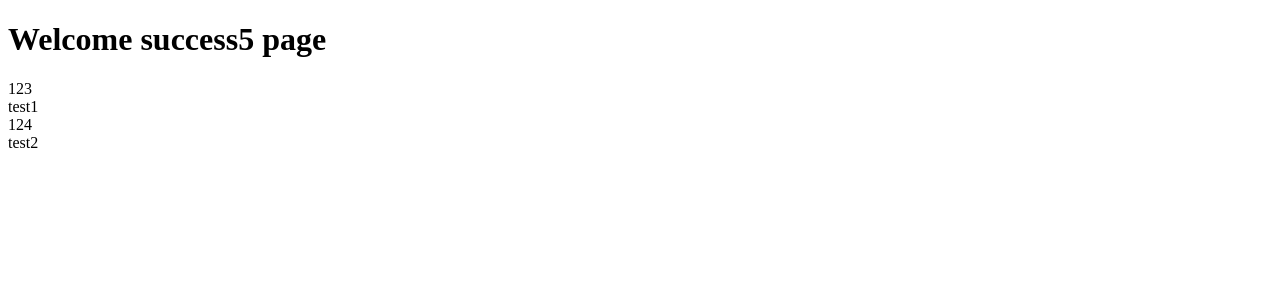
Repository: cjwarrior7/Ust_training2-of-eclipse
Page: http://localhost/SpringMVCDemo1.0/link5
An editor plug-in stored every save of this project. The page is shown before and after the next save, followed by the edit.
The browser window is 1280 px wide. The pictures show the whole page.
The page is served by Tomcat 9. Other server files are loaded and not shown.

Above is the page before, as saved 2020-01-16 19:46:50.

### eclipse-workspace/SpringMVCDemo1.0/WebContent/WEB-INF/dispatcher-servlet.xml
<?xml version="1.0" encoding="UTF-8"?>
<beans xmlns="http://www.springframework.org/schema/beans"
    xmlns:xsi="http://www.w3.org/2001/XMLSchema-instance"
    xmlns:p="http://www.springframework.org/schema/p"
    xmlns:context="http://www.springframework.org/schema/context"
    xsi:schemaLocation="http://www.springframework.org/schema/beans
http://www.springframework.org/schema/beans/spring-beans-3.0.xsd
http://www.springframework.org/schema/context
http://www.springframework.org/schema/context/spring-context-3.0.xsd">

	<context:component-scan base-package="com.company.spring"></context:component-scan>

	<bean class="org.springframework.web.servlet.view.InternalResourceViewResolver">
	<property name="prefix" value="/WEB-INF/view/"></property>
	<property name="suffix" value=".jsp"></property>
	</bean>

	</beans>

### eclipse-workspace/SpringMVCDemo1.0/WebContent/WEB-INF/view/success5.jsp
<%@ page language="java" contentType="text/html; charset=ISO-8859-1"
    pageEncoding="ISO-8859-1"%>
    <%@ taglib uri="http://java.sun.com/jsp/jstl/core" prefix="c"%>
<!DOCTYPE html PUBLIC "-//W3C//DTD HTML 4.01 Transitional//EN" "http://www.w3.org/TR/html4/loose.dtd">
<html>
    <!-- from jstl file viewall.jsp -->

<head>
<meta charset="UTF-8">
<title>Insert title here</title>
</head>
<body>
<h1>Welcome success5 page</h1>
<c:forEach var="lis" items="${list}" >
${lis.getId() }<br>
${lis.getName()}<br>
</c:forEach>


</body>
</html>

### eclipse-workspace/SpringMVCDemo1.0/src/com/company/spring/MyController.java
package com.company.spring;

import java.util.ArrayList;
import java.util.List;

import org.springframework.stereotype.Component;
import org.springframework.web.bind.annotation.RequestMapping;
import org.springframework.web.servlet.ModelAndView;

@Component
@RequestMapping("/")
public class MyController {
	@RequestMapping("/login")
	public String m1() {
		return "success1";

	}

	@RequestMapping("/register")
	public ModelAndView m2() {
		return new ModelAndView("success2");

	}

	@RequestMapping("/profile")
	public ModelAndView m3() {
		return new ModelAndView("success3", "data", "data from controller");
	}

	@RequestMapping("/link4")
	public ModelAndView m4() {
		DTO dto = new DTO();
		dto.setId(12);
		dto.setName("baburao");
		return new ModelAndView("success4", "dto", dto);
	}

	@RequestMapping("/link5")
	public ModelAndView m5() {
		DTO dto1 = new DTO();
		dto1.setId(123);
		dto1.setName("test1");
		DTO dto2 = new DTO();
		dto2.setId(124);
		dto2.setName("test2");
		List<DTO> list = new ArrayList();
		list.add(dto1);
		list.add(dto2);
		return new ModelAndView("success5", "list", list);
	}

}

### eclipse-workspace/SpringMVCDemo1.0/src/com/company/spring/DTO.java
package com.company.spring;

public class DTO {
	int id;
	String name;
	public int getId() {
		return id;
	}
	public void setId(int id) {
		this.id = id;
	}
	public String getName() {
		return name;
	}
	public void setName(String name) {
		this.name = name;
	}


}

After the next save:
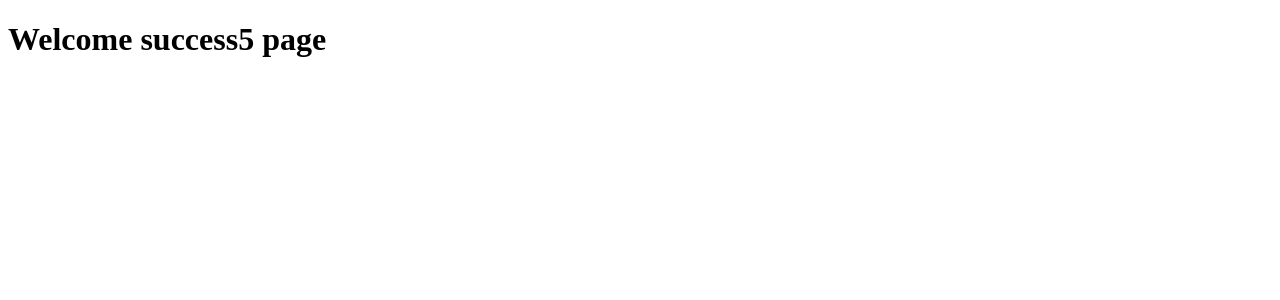
Saved 42 s later.
--- a/eclipse-workspace/SpringMVCDemo1.0/WebContent/WEB-INF/view/success5.jsp
+++ b/eclipse-workspace/SpringMVCDemo1.0/WebContent/WEB-INF/view/success5.jsp
@@ -11,7 +11,7 @@
 </head>
 <body>
 <h1>Welcome success5 page</h1>
-<c:forEach var="lis" items="${list}" >
+<c:forEach var="list" items="${list}" >
 ${lis.getId() }<br>
 ${lis.getName()}<br>
 </c:forEach>

After the save that followed:
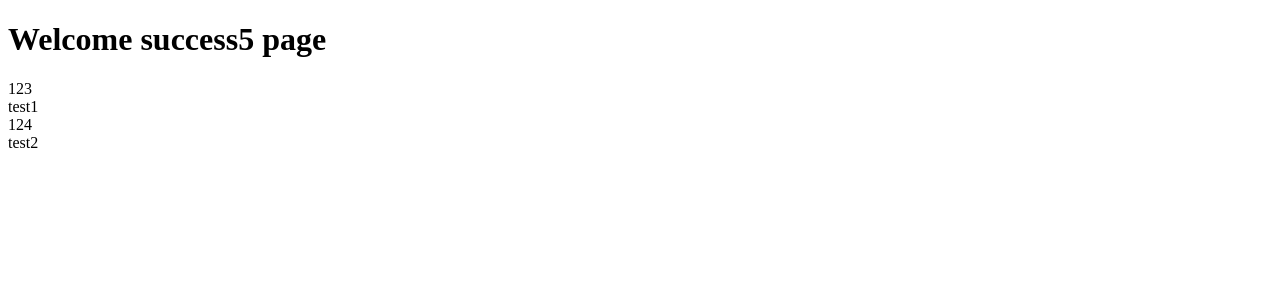
Saved 40 s later.
--- a/eclipse-workspace/SpringMVCDemo1.0/WebContent/WEB-INF/view/success5.jsp
+++ b/eclipse-workspace/SpringMVCDemo1.0/WebContent/WEB-INF/view/success5.jsp
@@ -11,9 +11,9 @@
 </head>
 <body>
 <h1>Welcome success5 page</h1>
-<c:forEach var="list" items="${list}" >
-${lis.getId() }<br>
-${lis.getName()}<br>
+<c:forEach var="ele" items="${list}" >
+${ele.getId() }<br>
+${ele.getName()}<br>
 </c:forEach>
 
 
